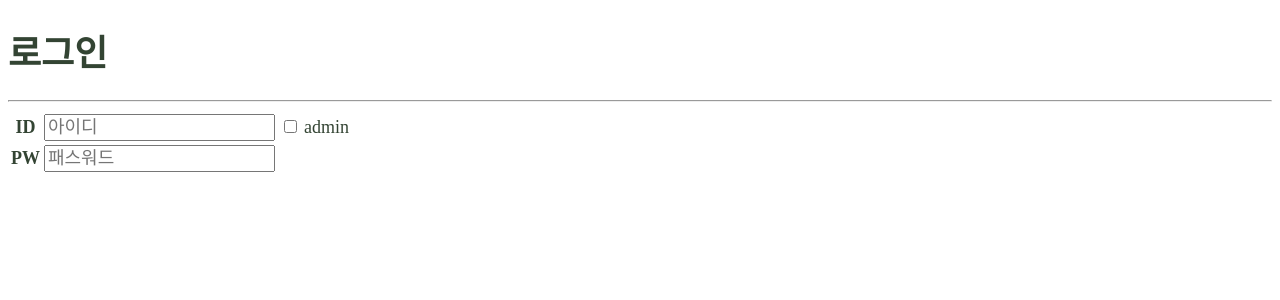
Repository: Umkimisstrong/UM_SpringMVCStudy
Page: http://localhost/mvc04/LoginForm.jsp
The author's editor kept a copy of each file at every save. The page is drawn from the files as they stood at one save, then again after the next save.
The browser window is 1280 px wide. The pictures show the whole page.
The page is served by Tomcat 9.

Above is the page before, as saved 2022-06-02 00:40:33.

### mvc04/WebContent/LoginForm.jsp
<%@ page contentType="text/html; charset=UTF-8"%>
<%@ taglib prefix="c" uri="http://java.sun.com/jsp/jstl/core"%>
<%
	request.setCharacterEncoding("UTF-8");
	String cp = request.getContextPath();
%>
<!DOCTYPE html>
<html>
<head>
<meta charset="UTF-8">
<title>LoginForm.jsp</title>
<link rel="stylesheet" type="text/css" href="css/main.css">
</head>
<body>

<!-- ===========================
      LoginForm.jsp
      - 관리자, 일반사원 로그인 폼 페이지
      - ID(employeeId), PW(ssn2) 입력.
============================= -->

<div>

	<div>
		<h1>로그인</h1>
		<hr />
	</div>

	<!-- 콘텐츠 영역 -->
	<div id="content">

		<form action="" method="post" id="loginForm">
			<table>
				<tr>
					<th>
						<label for="id">ID</label>
					</th>
					<td>
						<input type="text" id="id" name="id" placeholder="아이디" required="required"/>
						<input type="checkbox" id="admin" name="admin" value="0" />
							<label for="admin">admin</label>
					</td>
				</tr>
				<tr>
					<th>
						<label for="pw">PW</label>
					</th>
					<td>
						<input type="password" id="pw" name="pw" placeholder="패스워드" required="required"/>
					</td>
				</tr>
				<tr style="height: 5px;">
					<!-- 공간을 두기 위해 비어있는 tr -->
				</tr>
			</table>
		</form>
	</div>



</div>










</body>
</html>

### mvc04/WebContent/css/main.css
@charset "UTF-8";

/* ========================
	#16 main.css
	- 기본 스타일 지정
======================== */

body, p, div, span, input, table, th, td, select, textarea
{
	font-size: 18px;
	font-family: 맑은 고딕;
	color: #343;

}
a
{
	text-decoration: none;
	color: gray;
}

a:hover
{
	text-decoration: underline;
	color: red;

}
.table
{
	border-collapse: collapse;
	width: 100%;
}
.table th, .table td
{
	border: 1px solid gray;
	border-left: 0px;
	border-right: 0px;

	padding: 3px;
	line-height: 150%;
	text-align: center;
}


.table th
{
	font-weight: bold;
	background-color: #eee;
}

.table td
{
	font-size: 12pt;
}

.btn
{
	cursor: pointer;
	font-family: 맑은 고딕;
	font-weight: bold;
}

.btn:hover
{
	color: #ffffff;
	background-color: #008000;
}

After the next save:
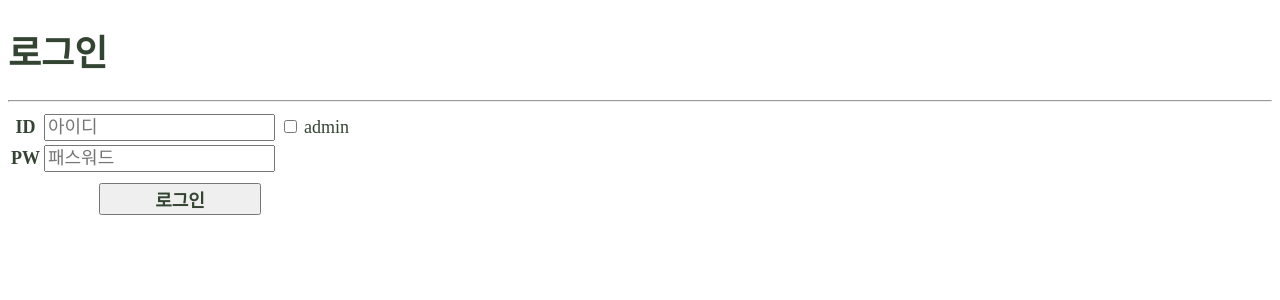
Saved 61 s later.
--- a/mvc04/WebContent/LoginForm.jsp
+++ b/mvc04/WebContent/LoginForm.jsp
@@ -52,6 +52,13 @@
 				<tr style="height: 5px;">
 					<!-- 공간을 두기 위해 비어있는 tr -->
 				</tr>
+				<tr>
+					<th colspan="2">
+						<input type="button" value="로그인" id="submitBtn" class="btn"
+						style="width: 48%"/>
+
+					</th>
+				</tr>
 			</table>
 		</form>
 	</div>
